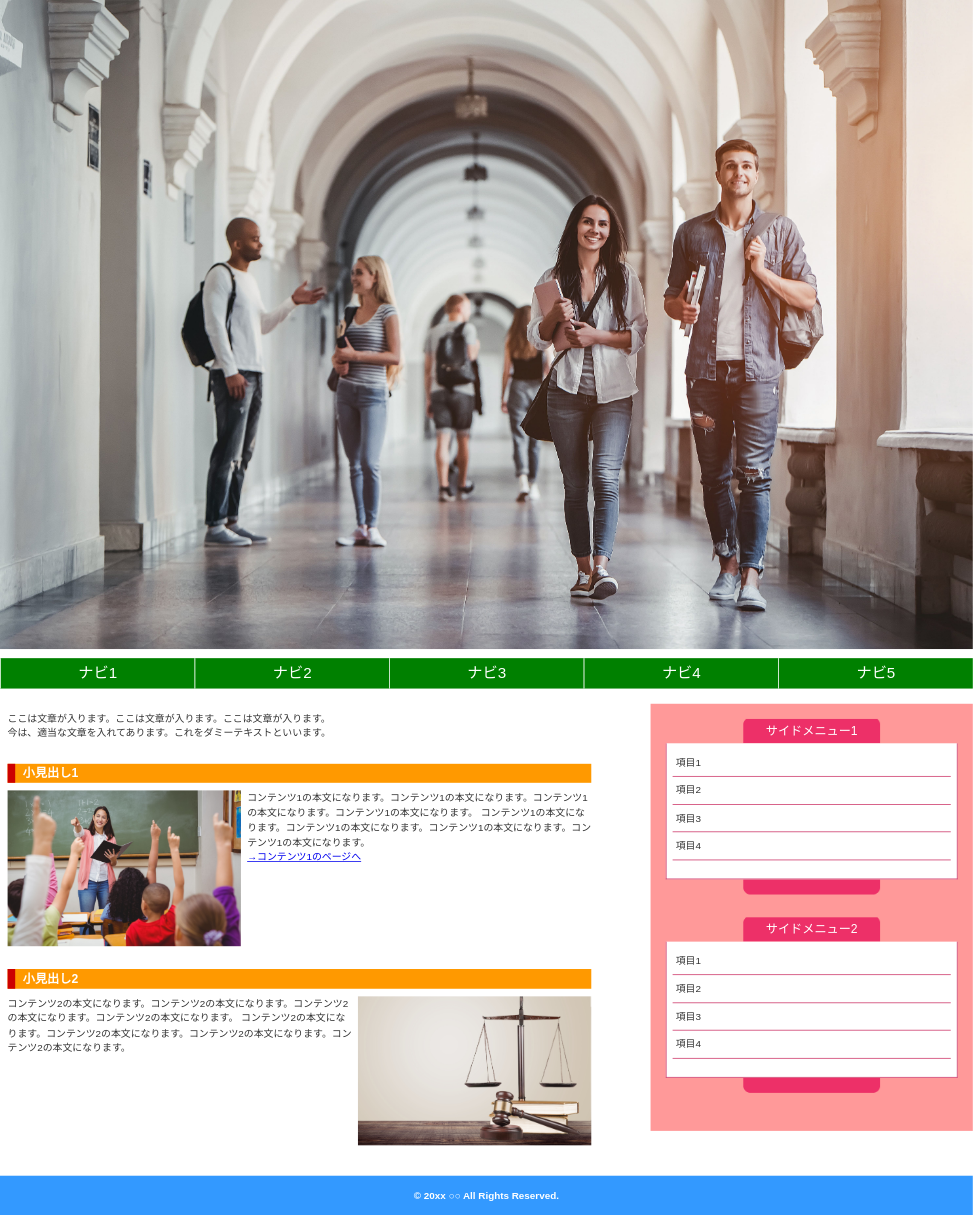
Repository: reys0812/samurai_HTML-CSS
Page: index.html
The author's editor kept a record of every edit. The page is drawn from the files as they stood at one moment, then again after the next edit.
The browser window is 1280 px wide. The pictures show the whole page, at 76% of full size.
The pointer rests on the first visible `#side .box .boxBody ul li`.

Above is the page before.

After the next edit:
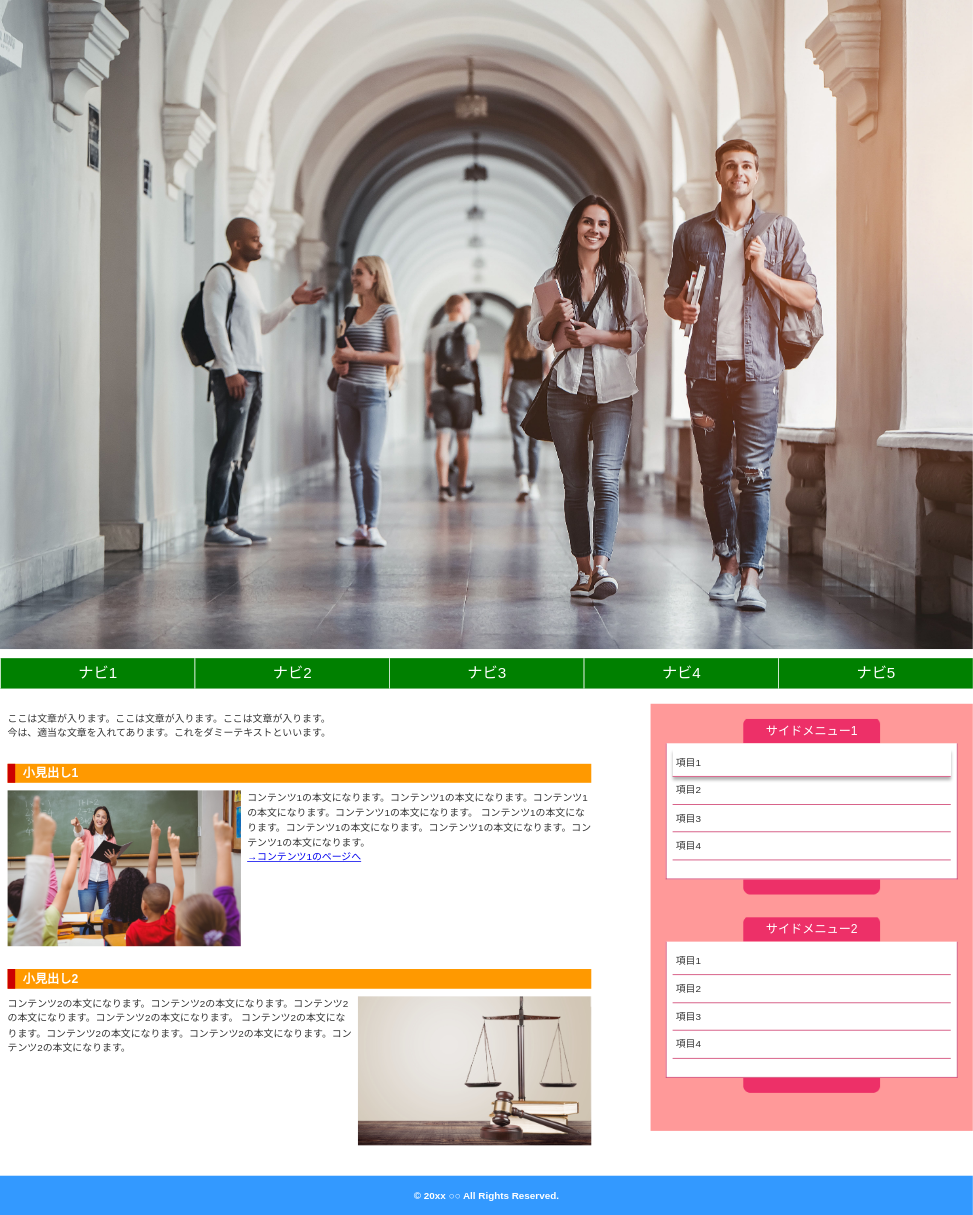
The edit:
--- a/stylesheet.css
+++ b/stylesheet.css
@@ -161,3 +161,9 @@
   list-style: none;
   border-bottom: solid 1px #C36;
 }
+#side .box .boxBody ul li:hover {
+  padding: 8px 0 8px 4px;
+  list-style: none;
+  border-bottom: solid 1px #C36;
+  box-shadow: 0px 4px 4px rgba(0, 0, 0, 0.3);
+}
